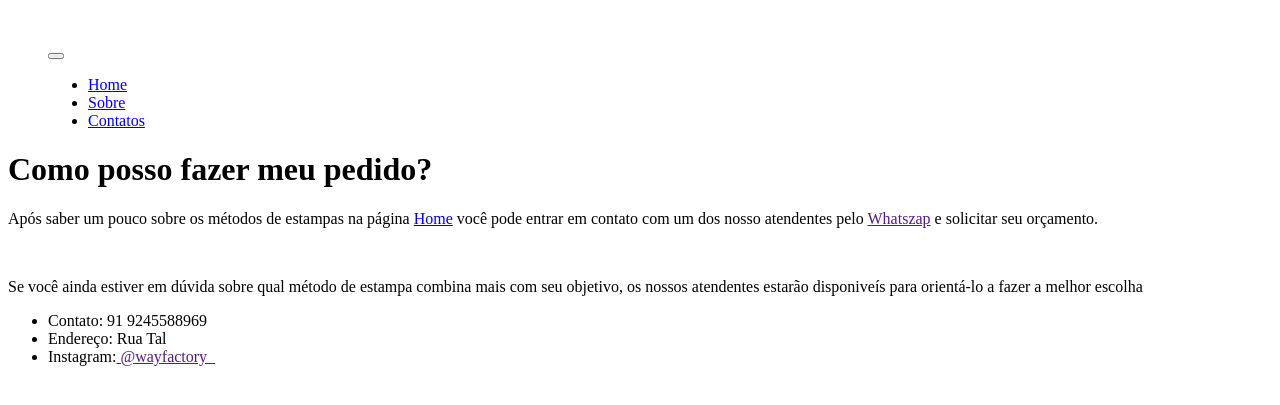
Repository: Leonngc/way-factory
Page: order.html
An editor plug-in stored every save of this project. The page is shown before and after the next save, followed by the edit.
The browser window is 1280 px wide. The pictures show the whole page.
Some icons come from a web library that is not loaded, so they are not drawn.

Above is the page before, as saved 2023-02-10 11:35:10.

### order.html
<!DOCTYPE html>
<html lang="pt-br">
<head>
    <meta charset="UTF-8">
    <meta http-equiv="X-UA-Compatible" content="IE=edge">
    <meta name="viewport" content="width=device-width, initial-scale=1.0">
    <script src="scripts/menu.js" defer></script>
    <link
      rel="stylesheet"
      href="https://cdn-uicons.flaticon.com/uicons-bold-rounded/css/uicons-bold-rounded.css"
    />
    <link rel="stylesheet" href="styles/order.css">
    <title>Como fazer seu pedido</title>
</head>
<body>
    <header>
        <img src="" alt="" id="logo" />
      <menu>
        <button id="menu-burguer"><i class="fi fi-br-menu-burger" ></i></button>
        <ul id="links-menu">

          <li><a href="index.html" target="_parent">Home</a></li>
          <li><a href="about.html" target="_parent">Sobre</a></li>
          <li><a href="contacts.html" target="_parent">Contatos</a></li>
        </ul>
      </menu>
    </header>

    <main>
        <h1>Como posso fazer meu pedido?</h1>
        <div>
            <p>Após saber um pouco sobre os métodos de estampas na página <a href="index.html">Home</a>
            você pode entrar em contato  com um dos nosso atendentes pelo <a href="">Whatszap</a> e solicitar seu orçamento.
            </p>
        </div>
        <div>
            <img src="" alt="">
        </div>
        <div>
            <p>Se você ainda estiver em dúvida sobre qual método de estampa combina mais com seu objetivo, os nossos atendentes estarão disponiveís para orientá-lo a fazer a melhor escolha</p>
        </div>
    </main>
    <footer>
        <ul>
            <li>Contato: 91 9245588969</li>
            <li>Endereço: Rua Tal</li>
            <li>Instagram:<a href="" style="color: #;"> @wayfactory_</a></li>
        </ul>
    </footer>
</body>
</html>

### scripts/menu.js
//  CONFIGURATIONS OF MENU

let menu = document.getElementById('menu-burguer');
const linkMenu = document.getElementById('links-menu');

menu.addEventListener('click', event =>{
    if(linkMenu.style.display == 'none'){
    linkMenu.style.display = 'block'} else{
        linkMenu.style.display = 'none'
    }
})

Loaded but not shown: styles/order.css (no stored copy; drawn as an empty file)

After the next save:
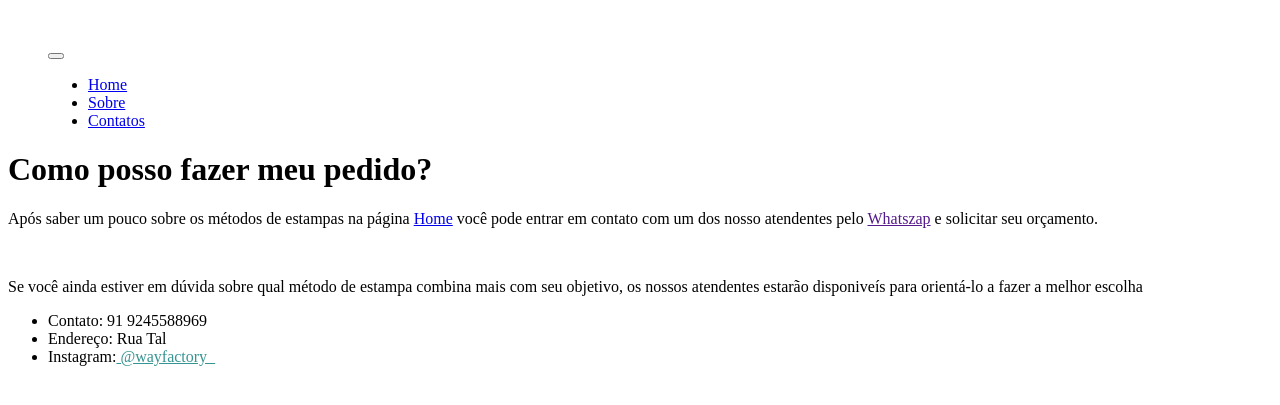
Saved 6 s later.
--- a/order.html
+++ b/order.html
@@ -44,7 +44,7 @@
         <ul>
             <li>Contato: 91 9245588969</li>
             <li>Endereço: Rua Tal</li>
-            <li>Instagram:<a href="" style="color: #;"> @wayfactory_</a></li>
+            <li>Instagram:<a href="" style="color:  #369492;"> @wayfactory_</a></li>
         </ul>
     </footer>
 </body>
